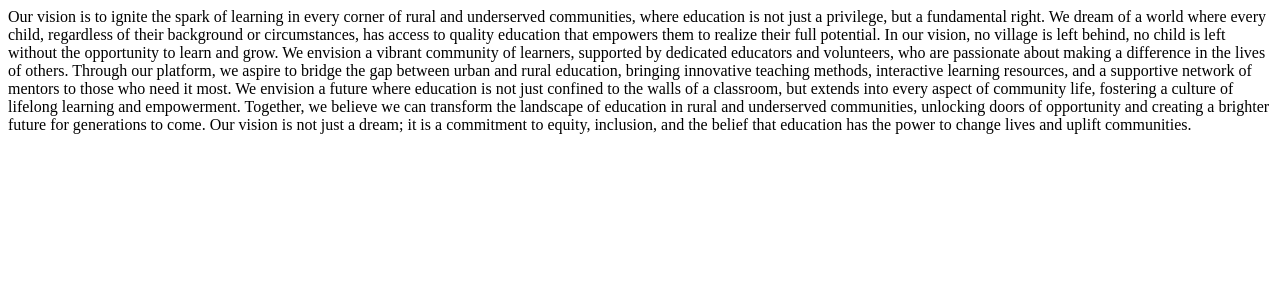
Repository: Anshul114/phoenix
Page: phoenix/templates/vision.html
These files come from the project's save history. The page is drawn as it stood at one moment and after a run of saves; the edit follows.
The browser window is 1280 px wide. The pictures show the whole page.

Above is the page before, as saved 2024-04-13 04:52:34.

### phoenix/templates/vision.html
<!DOCTYPE html>
<html lang="en">
<head>
    <meta charset="UTF-8">
    <meta name="viewport" content="width=device-width, initial-scale=1.0">
    <title>Our Vision</title>
</head>
<body>
    Our vision is to ignite the spark of learning in every corner of rural and underserved communities, where education is not just a privilege, but a fundamental right. We dream of a world where every child, regardless of their background or circumstances, has access to quality education that empowers them to realize their full potential.

In our vision, no village is left behind, no child is left without the opportunity to learn and grow. We envision a vibrant community of learners, supported by dedicated educators and volunteers, who are passionate about making a difference in the lives of others.

Through our platform, we aspire to bridge the gap between urban and rural education, bringing innovative teaching methods, interactive learning resources, and a supportive network of mentors to those who need it most. We envision a future where education is not just confined to the walls of a classroom, but extends into every aspect of community life, fostering a culture of lifelong learning and empowerment.

Together, we believe we can transform the landscape of education in rural and underserved communities, unlocking doors of opportunity and creating a brighter future for generations to come. Our vision is not just a dream; it is a commitment to equity, inclusion, and the belief that education has the power to change lives and uplift communities.

</body>
</html>

After the next 2 saves:
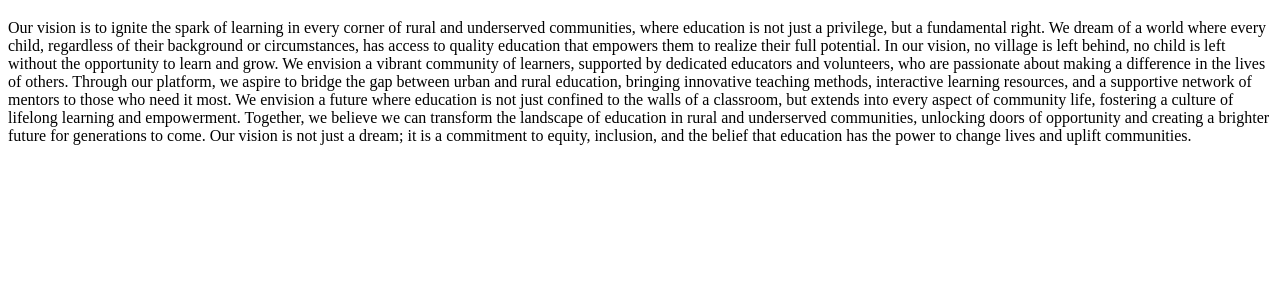
The 2 saves are shown as one change because they came seconds apart.
The last was saved 42 s later.
--- a/phoenix/templates/vision.html
+++ b/phoenix/templates/vision.html
@@ -6,7 +6,7 @@
     <title>Our Vision</title>
 </head>
 <body>
-    Our vision is to ignite the spark of learning in every corner of rural and underserved communities, where education is not just a privilege, but a fundamental right. We dream of a world where every child, regardless of their background or circumstances, has access to quality education that empowers them to realize their full potential.
+    <h3></h3>Our vision is to ignite the spark of learning in every corner of rural and underserved communities, where education is not just a privilege, but a fundamental right. We dream of a world where every child, regardless of their background or circumstances, has access to quality education that empowers them to realize their full potential.
 
 In our vision, no village is left behind, no child is left without the opportunity to learn and grow. We envision a vibrant community of learners, supported by dedicated educators and volunteers, who are passionate about making a difference in the lives of others.
 
